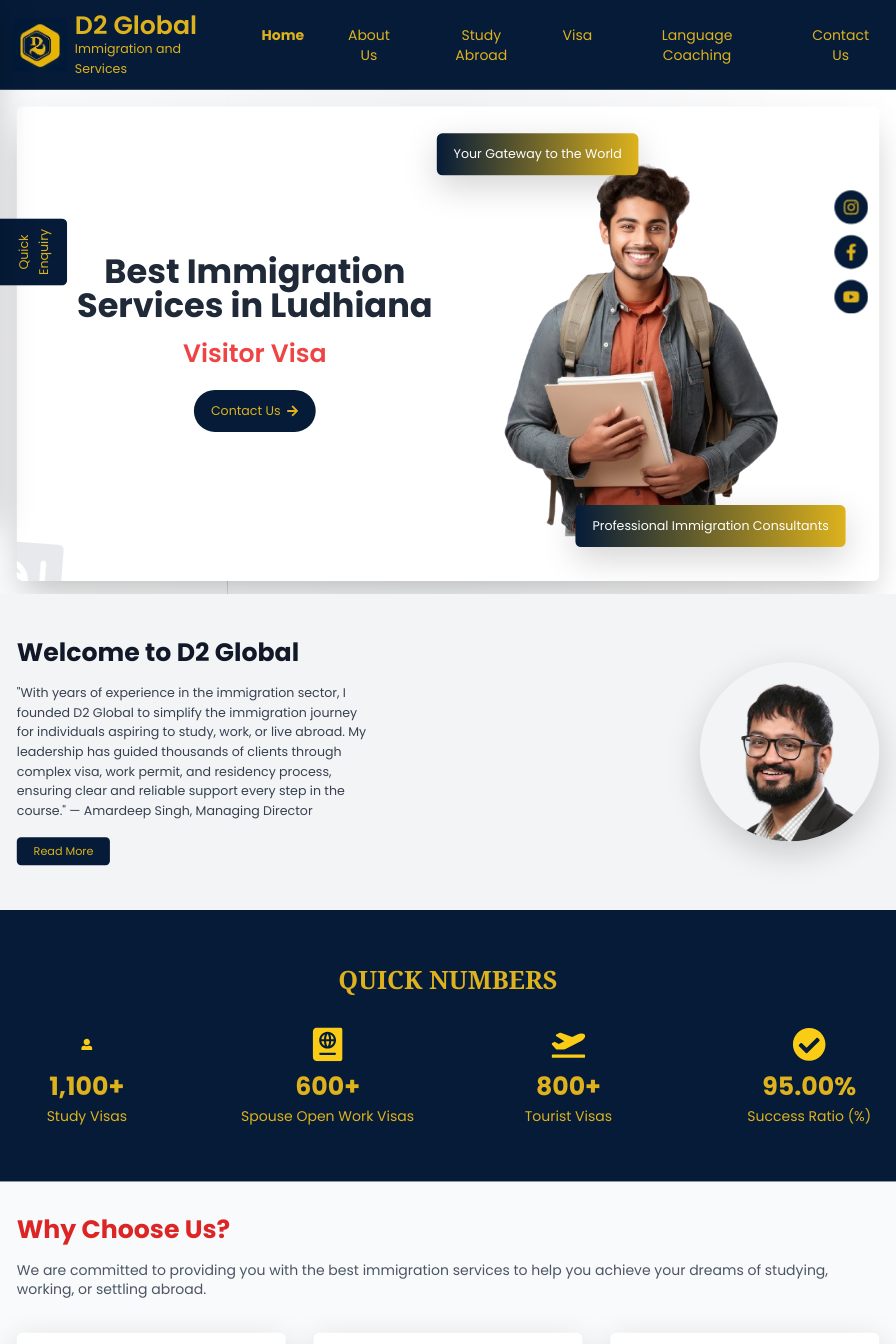
Repository: abhijeets54/d2globalbackup
Page: /
An editor plug-in stored every save of this project. The page is shown before and after the next save, followed by the edit.
The browser window is 1280 px wide. The pictures show the part of the page from y = 0 to 1920 px (the page is 6727 px tall), at 70% of full size.
The page's requests for data from a server got no answer. The project was rebuilt for these pictures with package versions that can differ from the ones it lists, and the page was loaded fresh each time. No one was signed in, and anything a server would have sent is missing. Also part of the build but not shown: vite.config.js, src/components/Button.jsx, src/components/PostCard.jsx, src/components/Input.jsx, src/components/PopupForm.jsx, src/components/Events.jsx, src/components/People.jsx, src/Newsletter/NewsletterComponent.jsx and 28 more. Imported but missing from the stored project, and not drawn on this page: src/components/Donate/RestoftheWorld.jsx, src/components/Donate/WithInIndia.jsx, src/components/JoinUs.jsx, src/components/Projects/Awareness.jsx, src/components/Projects/Education.jsx, src/components/Projects/HumanitarianAid.jsx, src/components/ThreePillars.jsx, src/pages/Donate.jsx and 2 more.

Above is the page before, as saved 2024-10-04 12:18:24.

### index.html
<!doctype html>
<html lang="en">
  <head>
    <meta charset="UTF-8" />
    <link rel="icon" type="image/svg+xml" href="/logo.webp" />
    <meta name="viewport" content="width=device-width, initial-scale=1.0" />
    <link href="https://fonts.googleapis.com/css2?family=Gothic+A1&family=Inconsolata:wght@200..900&family=Mukta:wght@200;300;400;500;600;700;800&family=Poppins:ital,wght@0,100;0,200;0,300;0,400;0,500;0,600;0,700;0,800;0,900;1,100;1,200;1,300;1,400;1,500;1,600;1,700;1,800;1,900&display=swap" rel="stylesheet">

    <link href="https://cdn.jsdelivr.net/npm/bootstrap@5.3.3/dist/css/bootstrap.min.css" rel="stylesheet" integrity="sha384-QWTKZyjpPEjISv5WaRU9OFeRpok6YctnYmDr5pNlyT2bRjXh0JMhjY6hW+ALEwIH" crossorigin="anonymous">
    <link
  rel="stylesheet"
  href="https://cdnjs.cloudflare.com/ajax/libs/font-awesome/5.15.3/css/all.min.css"
/>
    <title>D2 Global</title>
  </head>
  <body class="bg-slate-400">
    <div id="root"></div>
    <script src="https://cdn.jsdelivr.net/npm/bootstrap@5.3.3/dist/js/bootstrap.bundle.min.js" integrity="sha384-YvpcrYf0tY3lHB60NNkmXc5s9fDVZLESaAA55NDzOxhy9GkcIdslK1eN7N6jIeHz" crossorigin="anonymous"></script>
    <script type="module" src="/src/main.jsx"></script>
  </body>
</html>

### src/App.jsx
import React, { useState, useEffect } from 'react'
import './App.css'
import { Footer, Header } from './components'
import { Outlet } from 'react-router-dom'


function App() {
  const [loading, setLoading] = useState(false)

  return !loading ? (
    <div className='min-h-screen flex flex-wrap content-between bg-gray-400'>
      <div className='w-full block'>
        <Header />
        <main>
        <Outlet />
        </main>
        <Footer />
      </div>
    </div>
  ) : null
}

export default App

### src/pages/Home.jsx
import React, { useState } from 'react';
import { useNavigate } from 'react-router-dom';
import Collage from '../components/Collage';
import OurAssociates from '../components/OurAssociates';
import QuickNumbers from '../components/QuickNumbers';
import WhatPeopleAreSaying from '../components/WhatPeopleAreSaying';

import Register from '../components/Register';

import About from '../components/About';
import Offer from '../components/Offer';
import Countries from '../components/Countries';
import PopupForm from '../components/PopupForm';
import Events from '../components/Events';
import QuickEnquiry from '../components/ContactUs/QuickEnquiry';
import Choose from '../components/Choose';
import People from '../components/People';
import CollageWithAnimations from '../components/CollageWithAnimations';
function Home() {
  const navigate = useNavigate();
  const [showFullText, setShowFullText] = useState(false);

  const handleReadMore = () => {
    navigate('/About');
  };

  const handleMoreAboutUs = () => {
    setShowFullText(!showFullText);
  };

  return (
    <>
   {/* <CollageWithAnimations/> */}
      {/* <PopupForm /> */}
      <QuickEnquiry />
      <Collage />

        <About />
        {/* <People/> */}
        <QuickNumbers />
        <Choose/>
        <Offer />

        {/* <Timeline /> */}



            <Countries />


            <OurAssociates />

          <WhatPeopleAreSaying />
          {/* <Events /> */}

          <Register />


    </>
  );
}

export default Home;

### src/components/About.jsx
import React, { useEffect, useState, useRef } from 'react';
import { useNavigate } from 'react-router-dom';

const About = () => {
  const [slideIn, setSlideIn] = useState(false);
  const aboutSectionRef = useRef(null);
  const navigate = useNavigate();

  useEffect(() => {
    const observer = new IntersectionObserver(
      (entries) => {
        entries.forEach((entry) => {
          if (entry.isIntersecting) {
            setSlideIn(true);
          }
        });
      },
      {
        threshold: 0.3,
      }
    );

    if (aboutSectionRef.current) {
      observer.observe(aboutSectionRef.current);
    }

    return () => {
      if (aboutSectionRef.current) {
        observer.unobserve(aboutSectionRef.current);
      }
    };
  }, []);

  const handleReadMore = () => {
    navigate('/AboutUs');
  };

  return (
    <div ref={aboutSectionRef} className="flex items-center justify-center bg-gray-100 py-12 md:py-16">
      <div className="container mx-auto flex flex-col md:flex-row items-center justify-between px-4">

        {/* Sliding Text Content */}
        <div
          className={`transform transition-transform duration-1000 ${
            slideIn ? 'translate-x-0' : '-translate-x-full'
          } mt-8 md:mt-0 md:mr-10 max-w-lg text-left md:text-left`}
        >
          <h2 className="text-3xl md:text-4xl  font-bold mb-4 text-gray-900">Welcome to D2 Global</h2>
          <p className="text-base md:text-lg text-gray-700">
          "With years of experience in the immigration sector, I founded D2 Global to simplify the immigration journey for individuals aspiring to study, work, or live abroad. My leadership has guided thousands of clients through complex visa, work permit, and residency process, ensuring clear and reliable support every step in the course."

— Amardeep Singh, Managing Director
          </p>

          {/* Read More Button */}
          <button
            onClick={handleReadMore}
            className="mt-4 inline-block bg-customBlue text-customYellow px-6 py-2 rounded-md hover:bg-blue-600 transition-colors duration-300"
          >
            Read More
          </button>
        </div>

      {/* Sliding Image */}
<div
  className={`transform transition-transform duration-1000 ${
    slideIn ? 'translate-x-0' : 'translate-x-full'
  } mt-8 md:mt-0`}
>
  <img
    src="amar.webp"
    alt="Profile"
    className="rounded-full shadow-lg w-48 h-48 md:w-64 md:h-64 object-cover object-top mx-auto md:mx-0"
    style={{ objectPosition: 'top center' }} // This will center the face more
  />
</div>


      </div>
    </div>
  );
};

export default About;

### src/components/Layout.jsx
// src/components/Layout.jsx
import React from 'react';
import { Outlet, useNavigate } from 'react-router-dom';

const Layout = () => {
  const navigate = useNavigate();

  const handleDonateClick = () => {
    navigate('/Donate');
  };

  return (
    <div>
      <Outlet />
      {/* <a
        href="#top"
        className="fixed right-2 bottom-16 bg-blue-950 text-white hover:bg-yellow-500 py-1 px-2 rounded-2 h-8 w-10 mt-2"
        style={{ zIndex: 1000 }}
      >
        <img src="../../IOC Website pictures/icons8-top-50.png" alt="Go to top " />
      </a> */}
    </div>
  );
};

export default Layout;

### src/components/OurAssociates.jsx
import React from 'react';
import 'tailwindcss/tailwind.css';

const logos = [
  '/oxford.webp',
  '/regent.webp',
  '/webster.webp',
  '/avila.svg',
  '/iau.webp',
  '/bcnlip.webp',
  '/camino.webp',
  '/ihmgs.webp',
  '/uclan.webp',
  '/aura.webp',
  '/lyon.webp'
];

function OurAssociates() {
  return (
    <div className="bg-white py-8">
      <h4 className="text-center text-blue-950 mt-3 text-3xl font-semibold">OUR PARTNERS</h4>
      <br />
      <div className="overflow-hidden relative">
        <div className="flex animate-scroll1 space-x-4 sm:space-x-6 lg:space-x-8">
          {logos.concat(logos).map((logo, index) => (
            <div key={index} className="flex-shrink-0">
              <img
                src={logo}
                alt={`Logo ${index + 1}`}
                className="h-24 w-24 sm:h-32 sm:w-32 lg:h-40 lg:w-40 object-contain"
              />
            </div>
          ))}
        </div>
      </div>
    </div>
  );
}

export default OurAssociates;

### src/components/QuickNumbers.jsx
import React, { useEffect, useState, useRef } from 'react';
import CountUp from 'react-countup';
import { FaUserAlt, FaPassport, FaPlaneDeparture, FaCheckCircle } from 'react-icons/fa';
import 'tailwindcss/tailwind.css';

const data = [
  {
    icon: <FaUserAlt className="h-12 w-12++ text-yellow-400 mb-2" />,
    number: 1100,
    label: 'Study Visas'
  },
  {
    icon: <FaPassport className="h-12 w-12 text-yellow-400 mb-2" />,
    number: 600,
    label: 'Spouse Open Work Visas'
  },
  {
    icon: <FaPlaneDeparture className="h-12 w-12 text-yellow-400 mb-2" />,
    number: 800,
    label: 'Tourist Visas'
  },
  {
    icon: <FaCheckCircle className="h-12 w-12 text-yellow-400 mb-2" />,
    number: 95,
    label: 'Success Ratio (%)',
    isDecimal: true,
  }
];

function QuickNumbers() {
  const [showCounts, setShowCounts] = useState(false);
  const quickNumbersRef = useRef(null);

  useEffect(() => {
    const observer = new IntersectionObserver(
      (entries) => {
        if (entries[0].isIntersecting) {
          setShowCounts(true);
        }
      },
      { threshold: 0.2 }
    );

    if (quickNumbersRef.current) {
      observer.observe(quickNumbersRef.current);
    }

    return () => {
      if (quickNumbersRef.current) {
        observer.unobserve(quickNumbersRef.current);
      }
    };
  }, []);

  return (
    <div ref={quickNumbersRef} className="bg-customBlue py-8 w-full">
      <h2 className="text-center text-2xl sm:text-4xl font-serif font-extrabold text-customYellow pt-5 mb-8">
        QUICK NUMBERS
      </h2>

      {/* Responsive Grid Layout */}
      <div className="grid grid-cols-1 sm:grid-cols-2 lg:grid-cols-4 gap-8 lg:gap-24 mt-5 pb-5">
        {data.map((item, index) => (
          <div key={index} className="text-center text-customYellow flex flex-col items-center">
            <div className="quicknumber flex flex-col justify-center items-center">
              <div className="icon mb-2">{item.icon}</div>
              <h3 className="text-2xl sm:text-4xl font-bold">
                {showCounts && (
                  <CountUp
                    end={item.number}
                    duration={7}
                    decimals={item.isDecimal ? 2 : 0}
                    suffix={item.isDecimal ? "%" : "+"}
                  />
                )}
              </h3>
              <p className="mt-2 text-base sm:text-xl">{item.label}</p>
            </div>
          </div>
        ))}
      </div>
    </div>
  );
}

export default QuickNumbers;

### src/components/Offer.jsx
import React from 'react';
import { Link } from 'react-router-dom';
import 'tailwindcss/tailwind.css';

function Offer() {
  const studyAbroadImageUrl = '/student.webp'; // Update with actual image URL
  const ieltsPteImageUrl = '/ielts3.webp'; // Update with actual image URL
  const touristVisaImageUrl = '/tourist.webp'; // Update with actual image URL

  return (
    <div className="mx-auto bg-customBlue
    0 p-6 md:p-10 shadow">
      <h4 className="text-center text-customBlue mt-3 text-xl"></h4>
      <h2 className="text-center text-3xl font-serif  text-customYellow sm:text-4xl mt-3  font-extrabold mb-10 md:mb-16">What We Offer</h2>

      <div className="grid grid-cols-1 sm:grid-cols-2 md:grid-cols-3 gap-6">
        {/* First card: Study Abroad */}
        <div className="col cursor-pointer transform transition-transform hover:scale-105">
          <Link to="/StudyAbroad">
            <div className="card h-full bg-white rounded-lg shadow overflow-hidden">
              <img
                src={studyAbroadImageUrl}
                className="w-full h-52 sm:h-64 md:h-72 object-cover"
                alt="Study Abroad"
              />
              <div className="p-4">
                <h5 className="text-center text-lg sm:text-xl font-bold">Study Abroad</h5>
              </div>
            </div>
          </Link>
        </div>

        {/* Second card: IELTS/PTE */}
        <div className="col cursor-pointer transform transition-transform hover:scale-105">
          <Link to="/Training">
            <div className="card h-full bg-white rounded-lg shadow overflow-hidden">
              <img
                src={ieltsPteImageUrl}
                className="w-full h-52 sm:h-64 md:h-72 object-cover"
                alt="IELTS/PTE"
              />
              <div className="p-4">
                <h5 className="text-center text-lg sm:text-xl font-bold">Language Coaching</h5>
              </div>
            </div>
          </Link>
        </div>

        {/* Third card: Tourist Visa */}
        <div className="col cursor-pointer transform transition-transform hover:scale-105">
          <Link to="/TouristVisa">
            <div className="card h-full bg-white rounded-lg shadow overflow-hidden">
              <img
                src={touristVisaImageUrl}
                className="w-full h-52 sm:h-64 md:h-72 object-cover"
                alt="Tourist Visa"
              />
              <div className="p-4">
                <h5 className="text-center text-lg sm:text-xl font-bold">Tourist Visa</h5>
              </div>
            </div>
          </Link>
        </div>
      </div>
    </div>
  );
}

export default Offer;

### src/components/CollageWithAnimations.jsx
import React, { useEffect, useState } from 'react';
import { motion } from 'framer-motion';
import { FaArrowRight, FaGlobeAmericas, FaPassport, FaPlane } from 'react-icons/fa';
import { useNavigate } from 'react-router-dom';

const CollageWithAnimations = () => {
  const navigate = useNavigate();
  const [displayedText, setDisplayedText] = useState('');
  const [textIndex, setTextIndex] = useState(0);
  const texts = ['Study Visa', 'Permanent Residency', 'Visitor Visa', 'Tourist Visa', 'IELTS Coaching', 'PTE Coaching'];
  const slideInDuration = 0.5;

  useEffect(() => {
    const changeText = () => {
      setDisplayedText(texts[textIndex]);
    };
    changeText();
  }, [textIndex]);

  useEffect(() => {
    const textChangeInterval = setInterval(() => {
      setTextIndex((prevIndex) => (prevIndex + 1) % texts.length);
    }, 3000);
    return () => clearInterval(textChangeInterval);
  }, []);

  return (
    <div className="relative w-full min-h-screen flex items-center justify-center bg-gradient-to-r from-gray-50 via-gray-100 to-white p-4 md:p-8">
      {/* Background decorative elements */}
      <motion.div
        className="absolute top-10 left-10 text-4xl text-customBlue opacity-20"
        animate={{ rotate: 360 }}
        transition={{ duration: 20, repeat: Infinity, ease: "linear" }}
      >
        <FaGlobeAmericas />
      </motion.div>
      <motion.div
        className="absolute bottom-10 right-10 text-4xl text-customYellow opacity-20"
        animate={{ y: [0, -20, 0] }}
        transition={{ duration: 4, repeat: Infinity, ease: "easeInOut" }}
      >
        <FaPlane />
      </motion.div>

      {/* Main content container */}
      <div className="w-full max-w-7xl bg-white shadow-2xl rounded-lg p-8 md:p-16 flex flex-col lg:flex-row items-center justify-between transition-all duration-500 hover:shadow-3xl relative overflow-hidden">
        {/* Text Section */}
        <div className="w-full lg:w-1/2 text-center lg:text-left relative z-10 mb-8 lg:mb-0">
          <h1 className="text-3xl md:text-4xl lg:text-5xl font-bold text-gray-800 mb-6">
            Best Immigration Services in Ludhiana
          </h1>
          <motion.h2
            className="text-2xl md:text-3xl lg:text-4xl font-semibold text-red-500 mb-8"
            initial={{ x: -50, opacity: 0 }}
            animate={{ x: 0, opacity: 1 }}
            exit={{ x: -50, opacity: 0 }}
            transition={{ duration: slideInDuration }}
          >
            {displayedText}
          </motion.h2>
          <button
            className="px-6 py-3 bg-customBlue text-customYellow rounded-full text-lg flex items-center justify-center mx-auto lg:mx-0 hover:bg-customYellow hover:text-customBlue transition-colors duration-300"
            onClick={() => navigate('/Contactpage')}
          >
            Contact Us
            <FaArrowRight className="ml-2" />
          </button>
        </div>

        {/* Image Section */}
        <div className="relative w-full lg:w-1/2 flex justify-center items-center">
          <motion.img
            src="/student.png"
            alt="Student with backpack"
            className="h-80 md:h-96 lg:h-[550px] object-cover"
            initial={{ opacity: 0, x: 50 }}
            animate={{ opacity: 1, x: 0 }}
            transition={{ duration: 0.5 }}
          />

          {/* Floating boxes */}
          <motion.div
            className="absolute -top-4 -left-4 py-3 px-6 bg-gradient-to-r from-customBlue to-customYellow rounded-lg text-white text-base md:text-lg shadow-lg"
            animate={{ y: [0, -10, 0] }}
            transition={{ duration: 2, repeat: Infinity, ease: "easeInOut" }}
          >
            Your Gateway to the World
          </motion.div>
          <motion.div
            className="absolute -bottom-4 -right-4 py-3 px-6 bg-gradient-to-r from-customBlue to-customYellow rounded-lg text-white text-base md:text-lg shadow-lg"
            animate={{ y: [0, -10, 0] }}
            transition={{ duration: 2, repeat: Infinity, ease: "easeInOut", delay: 1 }}
          >
            Professional Immigration Consultants
          </motion.div>
        </div>

        {/* Additional decorative element */}
        <motion.div
          className="absolute -bottom-16 -left-16 text-9xl text-customBlue opacity-10"
          animate={{ rotate: -360 }}
          transition={{ duration: 30, repeat: Infinity, ease: "linear" }}
        >
          <FaPassport />
        </motion.div>
      </div>
    </div>
  );
};

export default CollageWithAnimations;

### src/components/container/Container.jsx
import React from 'react'

function Container({ children }) {
  return <div className='w-full'>{children}</div>
}

export default Container

### src/components/Logo.jsx
import React from 'react';
import logo from '/logo.webp'; // Adjust path as necessary

function Logo() {
  return (
    <div>
      <img src={logo} alt="logo" height={75} width={75}/>
    </div>
  );
}

export default Logo;

Loaded but not shown: tailwind.config.js (35 lines, source omitted); src/components/index.js (19 lines, source omitted); src/components/Header/Header.jsx (265 lines, source omitted); src/components/Collage.jsx (193 lines, source omitted); src/components/ContactUs/QuickEnquiry.jsx (202 lines, source omitted); src/components/Countries.jsx (133 lines, source omitted); src/components/Register.jsx (175 lines, source omitted); src/components/Choose.jsx (155 lines, source omitted); src/main.jsx (100 lines, source omitted); src/components/WhatPeopleAreSaying.jsx (112 lines, source omitted); src/components/ContactUs/ContactUs.jsx (85 lines, source omitted); src/App.css (212 lines, source omitted); src/index.css (166 lines, source omitted)

After the next save:
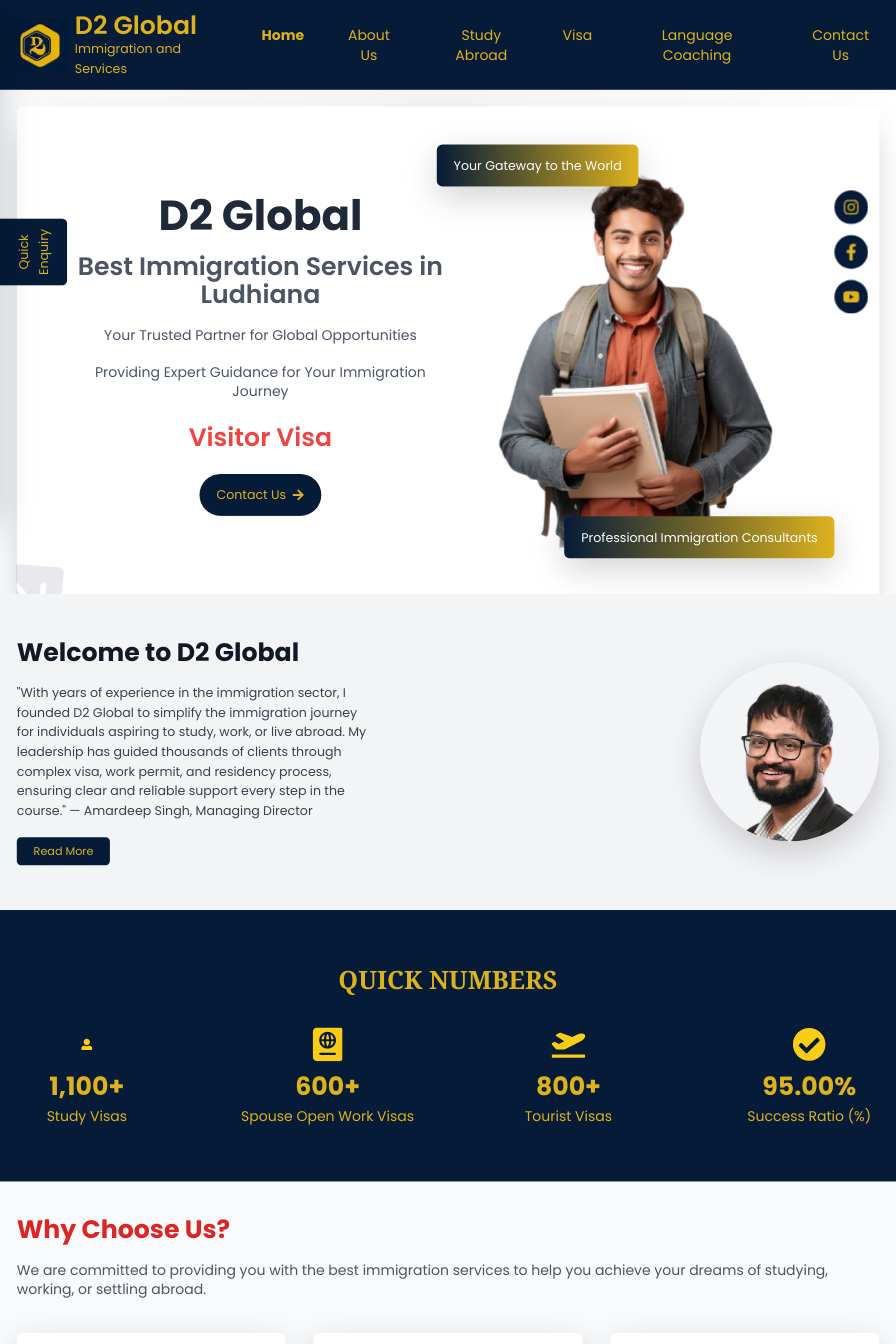
Saved 4 min 51 s later.
--- a/src/components/CollageWithAnimations.jsx
+++ b/src/components/CollageWithAnimations.jsx
@@ -43,13 +43,22 @@
       </motion.div>
 
       {/* Main content container */}
-      <div className="w-full max-w-7xl bg-white shadow-2xl rounded-lg p-8 md:p-16 flex flex-col lg:flex-row items-center justify-between transition-all duration-500 hover:shadow-3xl relative overflow-hidden">
+      <div className="w-full max-w-7xl bg-white shadow-2xl rounded-lg p-10 md:p-20 flex flex-col lg:flex-row items-center justify-between transition-all duration-500 hover:shadow-3xl relative overflow-hidden">
         {/* Text Section */}
         <div className="w-full lg:w-1/2 text-center lg:text-left relative z-10 mb-8 lg:mb-0">
-          <h1 className="text-3xl md:text-4xl lg:text-5xl font-bold text-gray-800 mb-6">
+          <h1 className="text-4xl md:text-5xl lg:text-6xl font-bold text-gray-800 mb-4">
+            D2 Global
+          </h1>
+          <h2 className="text-2xl md:text-3xl lg:text-4xl font-semibold text-gray-600 mb-6">
             Best Immigration Services in Ludhiana
-          </h1>
-          <motion.h2
+          </h2>
+          <p className="text-lg md:text-xl text-gray-600 mb-4">
+            Your Trusted Partner for Global Opportunities
+          </p>
+          <p className="text-lg md:text-xl text-gray-600 mb-8">
+            Providing Expert Guidance for Your Immigration Journey
+          </p>
+          <motion.h3
             className="text-2xl md:text-3xl lg:text-4xl font-semibold text-red-500 mb-8"
             initial={{ x: -50, opacity: 0 }}
             animate={{ x: 0, opacity: 1 }}
@@ -57,7 +66,7 @@
             transition={{ duration: slideInDuration }}
           >
             {displayedText}
-          </motion.h2>
+          </motion.h3>
           <button
             className="px-6 py-3 bg-customBlue text-customYellow rounded-full text-lg flex items-center justify-center mx-auto lg:mx-0 hover:bg-customYellow hover:text-customBlue transition-colors duration-300"
             onClick={() => navigate('/Contactpage')}
